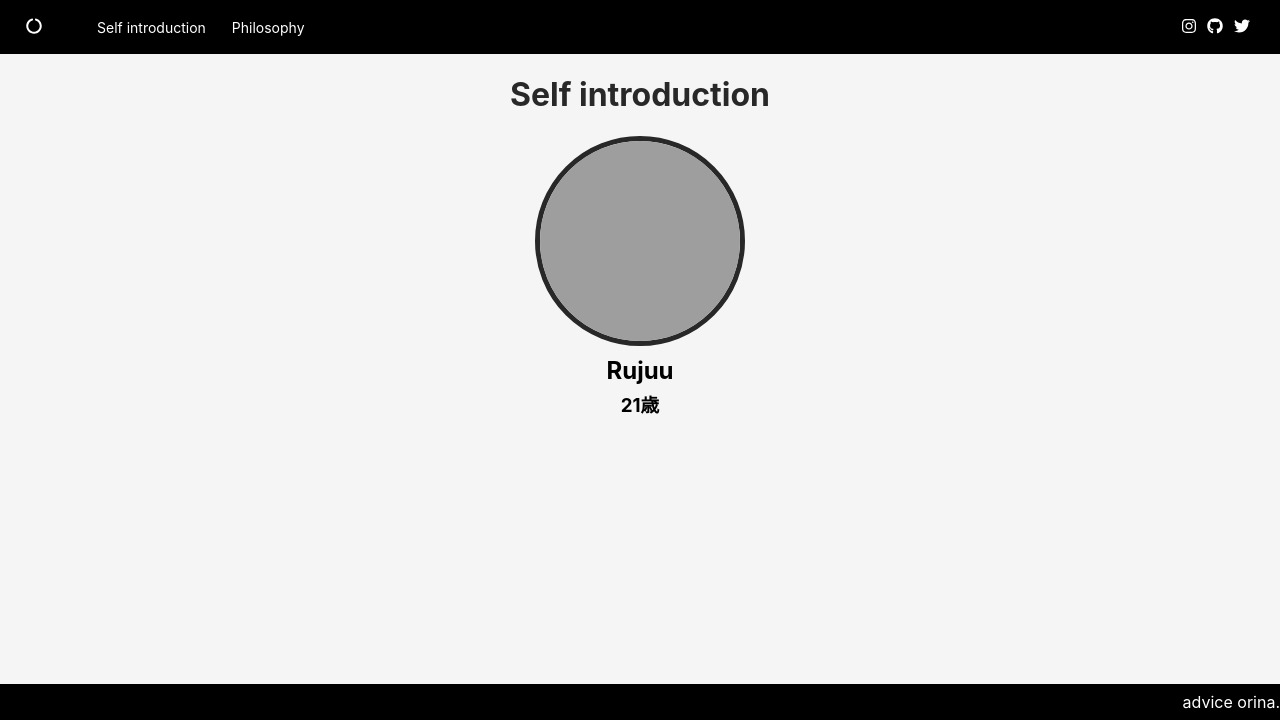
Repository: Rujuu-prog/react-mysite
Page: /selfintroduction
The author's editor kept a copy of each file at every save. The page is drawn from the files as they stood at one save, then again after the next save.
The browser window is 1280 px wide. The pictures show the whole page.
Pictures or frames that could not be fetched are drawn as grey boxes. The project was rebuilt for these pictures with package versions that can differ from the ones it lists, and the page was loaded fresh each time. Also part of the build but not shown: src/components/pages/Philosophy.tsx, src/components/pages/Top.tsx.

Above is the page before, as saved 2021-05-13 01:45:41.

After the next save:
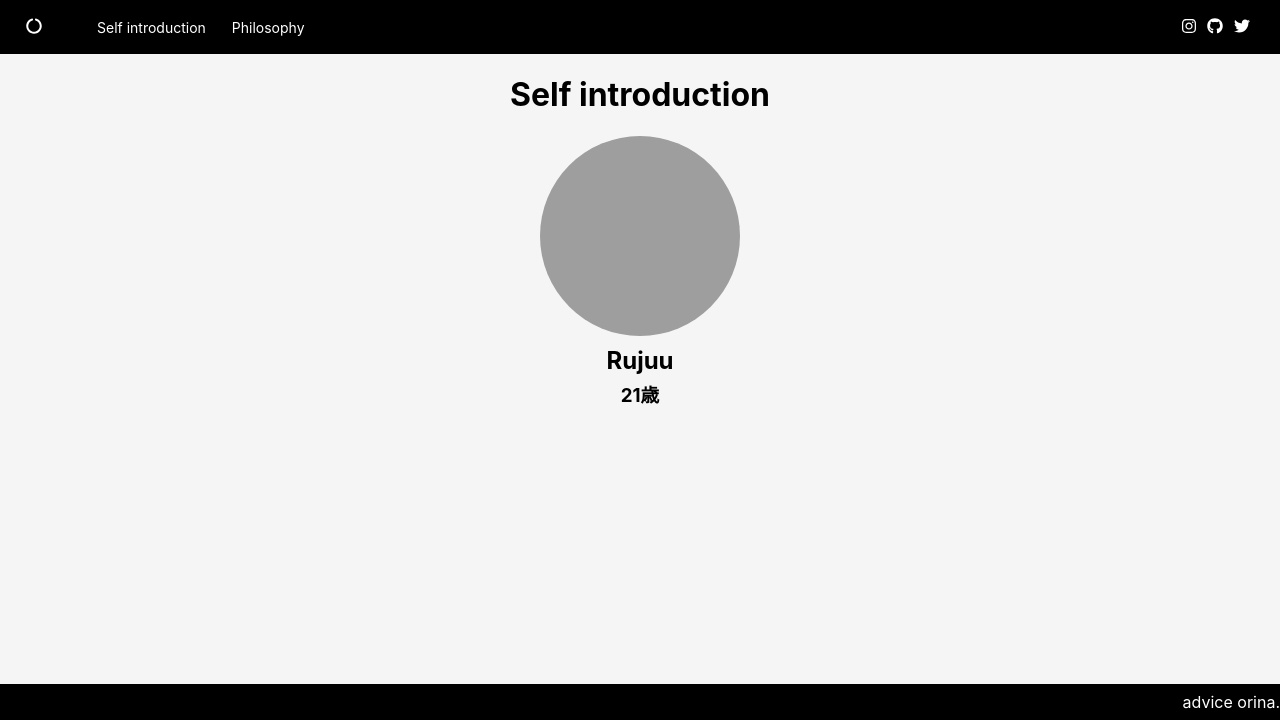
Saved 93 s later.
--- a/src/components/pages/SelfIntroduction.tsx
+++ b/src/components/pages/SelfIntroduction.tsx
@@ -22,14 +22,15 @@ const SMainContainer = styled.div`
     align-items: center;
     background-color: #f5f5f5;
     height: 90vh;
+    $font-color: #282828;
     h1 {
-        color: #282828;
+        color: font-color;
     }
     img {
         width: 200px;
         height: 200px;
         border-radius: 50%;
-        border: solid 5px #282828;
+        border: solid 5px font-color;
         background-position: left top;
     }
     h2 {
